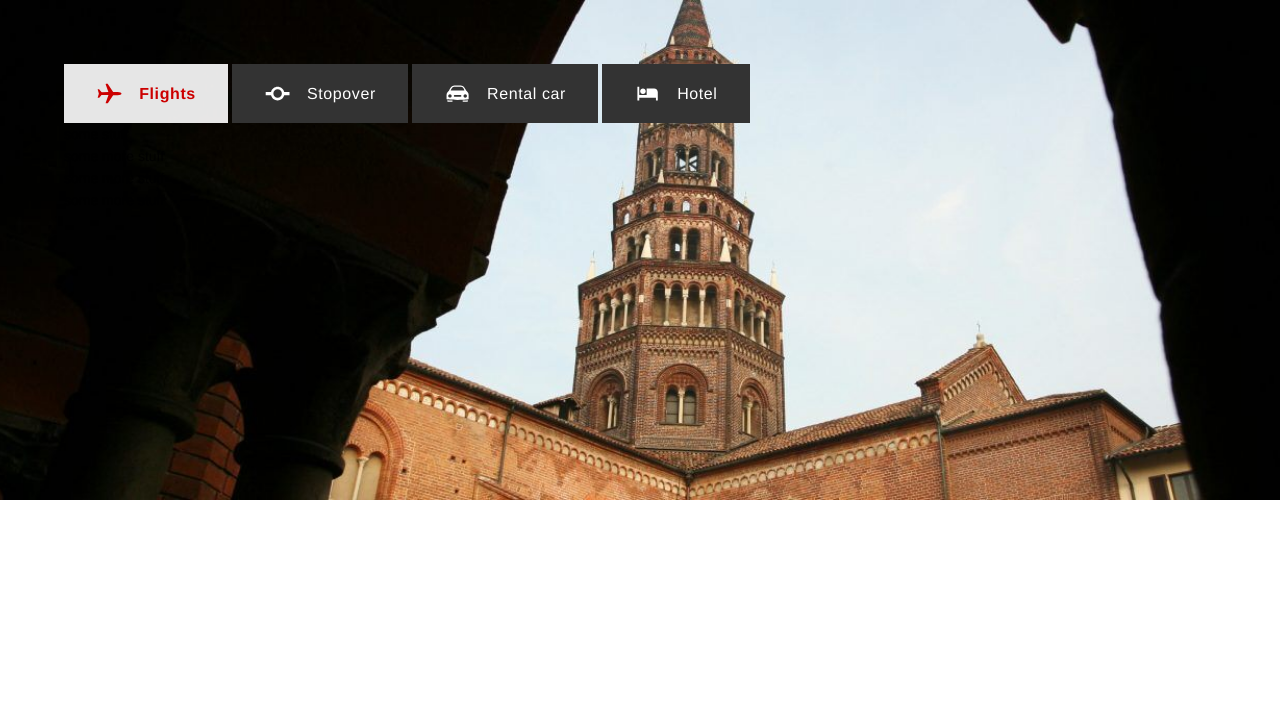
Repository: guidogr95/Everymundo-Excercise
Page: /
The author's editor kept a copy of each file at every save. The page is drawn from the files as they stood at one save, then again after the next save.
The browser window is 1280 px wide. The pictures show the whole page.
The project was rebuilt for these pictures with package versions that can differ from the ones it lists, and the page was loaded fresh each time.

Above is the page before, as saved 2021-06-30 21:38:31.

### src/App.jsx
import 'antd/dist/antd.css';
import './app.scss';
// components
import BookingMask from 'src/components/BookingMask'

function App() {
  return (
    <div className="App">
      <div className="flightmanager-container container" >
        <BookingMask />
      </div>
    </div>
  );
}

export default App;

### src/app.scss
@import 'styles/global';

.App {
  .container {
    width: $desktop-maxwidth;
    max-width: 100%;
  }
  .flightmanager-container {
    background: url('./assets/images/bg.jpg');
    background-size: cover;
    background-position: center;
    min-height: 500px;
    margin: auto;
    padding: 4rem;
  }
}

### src/components/BookingMask/index.jsx
import React, { useState } from 'react'
// styles
import './bookingmask.scss'
// assets
import { IoIosAirplane, IoMdGitCommit, IoIosCar, IoMdBed } from 'react-icons/io'
// components
import EmptyTab from './EmptyTab'
import FlightsTab from './FlightsTab'

const BookingMask = () => {
  const tabs = [
    {
      name: 'Flights',
      icon: <IoIosAirplane />,
      component: <FlightsTab />
    },
    {
      name: 'Stopover',
      icon: <IoMdGitCommit />,
      component: <EmptyTab />
    },
    {
      name: 'Rental car',
      icon: <IoIosCar />,
      component: <EmptyTab />
    },
    {
      name: 'Hotel',
      icon: <IoMdBed />,
      component: <EmptyTab />
    }
  ]

  const [activeTab, setActiveTab] = useState(tabs[0].name)
  const handleTab = name => setActiveTab(name)

  return (
    <section className="bookingmask" >
      <ul className="bookingmask__nav" >
        {tabs.map(tab =>
          <button
            className={activeTab === tab.name ? 'active' : ''}
            onClick={() => handleTab(tab.name)}
          >
            {tab.icon}<span>{tab.name}</span>
          </button>
        )}
      </ul>
      <div className="bookingmask__tabs-wrapper" >
          {tabs.map(tab =>
            <div className={`bookingmask__tab${activeTab === tab.name ? ' active' : ''}`} >
              {tab.component}
            </div>
          )}
      </div>
    </section>
  )
}

export default BookingMask

### src/styles/_global.scss
@import 'variables';
@import 'mixins';

html,
body {
  position: relative;
  padding: 0;
  margin: 0;
  font-family: $font-family;
  -webkit-text-size-adjust: 100%;
  -webkit-font-smoothing: auto;
  -moz-font-smoothing: auto;
  -moz-osx-font-smoothing: auto;
}
* {
  box-sizing: border-box;
}
ul {
  margin: 0;
  padding: 0;
}
button {
  border: none;
  cursor: pointer;
}

### src/styles/_variables.scss
// measurements
$desktop-maxwidth: 90rem;
// colors
$color-red: #c00;
$color-gray: #333333;
$color-white: #fff;
// fonts
// font-family
$font-family: SwissText,Helvetica,Arial,sans-serif,LufthansaMamSymbolText;
// font-weight
$font-weight-medium: 700;
$font-weight-small: 300;
// font-size
$font-size-normal: 1rem;
$font-size-large: 1.7rem;
// line height
$line-height-medium: 2.2rem;
// letter spacing
$letter-spacing-small: .6px;

// tab variables
$color-active-tab-bg: hsla(0,0%,100%,.9);

### src/styles/_mixins.scss
// MIXINS
@mixin breakpoint($point) {
  @media (max-width: $point) {
    @content;
  }
}

### src/components/BookingMask/bookingmask.scss
@import '/src/styles/variables';
.bookingmask {
  &__nav {
    list-style: none;
    button {
      &:not(:first-of-type) {
        margin-left: .25rem;
      }
      color: $color-white;
      background: $color-gray;
      padding: 1rem 2rem;
      display: inline-flex;
      align-items: center;
      font-size: $font-size-normal;
      font-weight: $font-weight-small;
      letter-spacing: $letter-spacing-small;
      &.active {
        color: $color-red;
        font-weight: $font-weight-medium;
        background-color: $color-active-tab-bg;
      }
      svg {
        margin-right: 1rem;
        font-size: $font-size-large;
      }
    }
  }
}

### src/components/BookingMask/EmptyTab/index.jsx
import React from 'react'

const EmptyTab = () => {
  return (
    <div>
      some more stuff
    </div>
  )
}

export default EmptyTab

### src/components/BookingMask/FlightsTab/index.jsx
import React from 'react'

const FlightsTab = ({ name, activeTab }) => {
  return (
    <div className={`bookingmask__tab${activeTab === name ? ' active' : ''}`} >
      some stuff
    </div>
  )
}

export default FlightsTab

Loaded but not shown: public/index.html (common file); src/index.jsx (common file); src/reportWebVitals.js (common file)

After the next save:
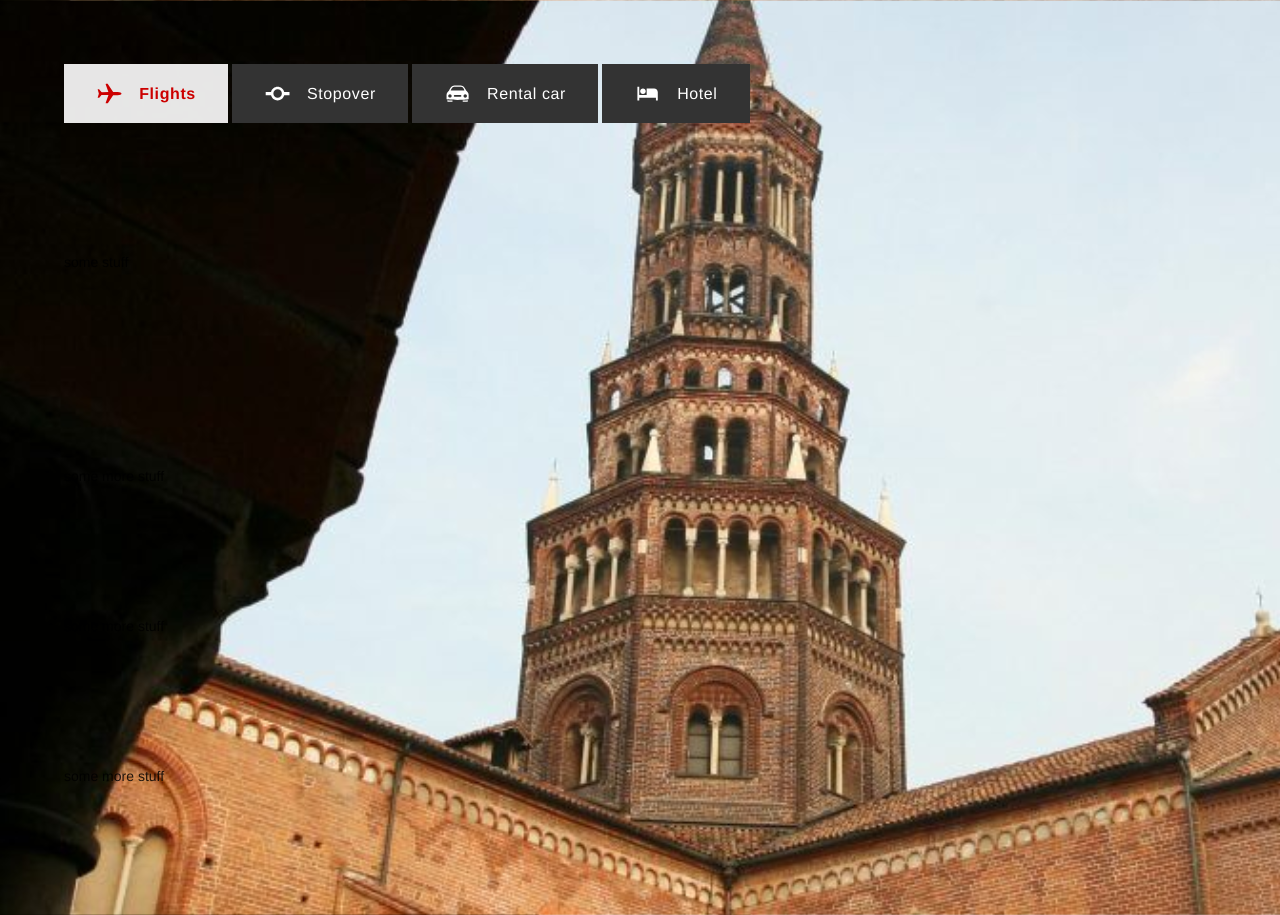
Saved 2 min 19 s later.
--- a/src/components/BookingMask/bookingmask.scss
+++ b/src/components/BookingMask/bookingmask.scss
@@ -25,4 +25,7 @@
       }
     }
   }
+  &__tab {
+    padding: 4rem 0;
+  }
 }

After the save that followed:
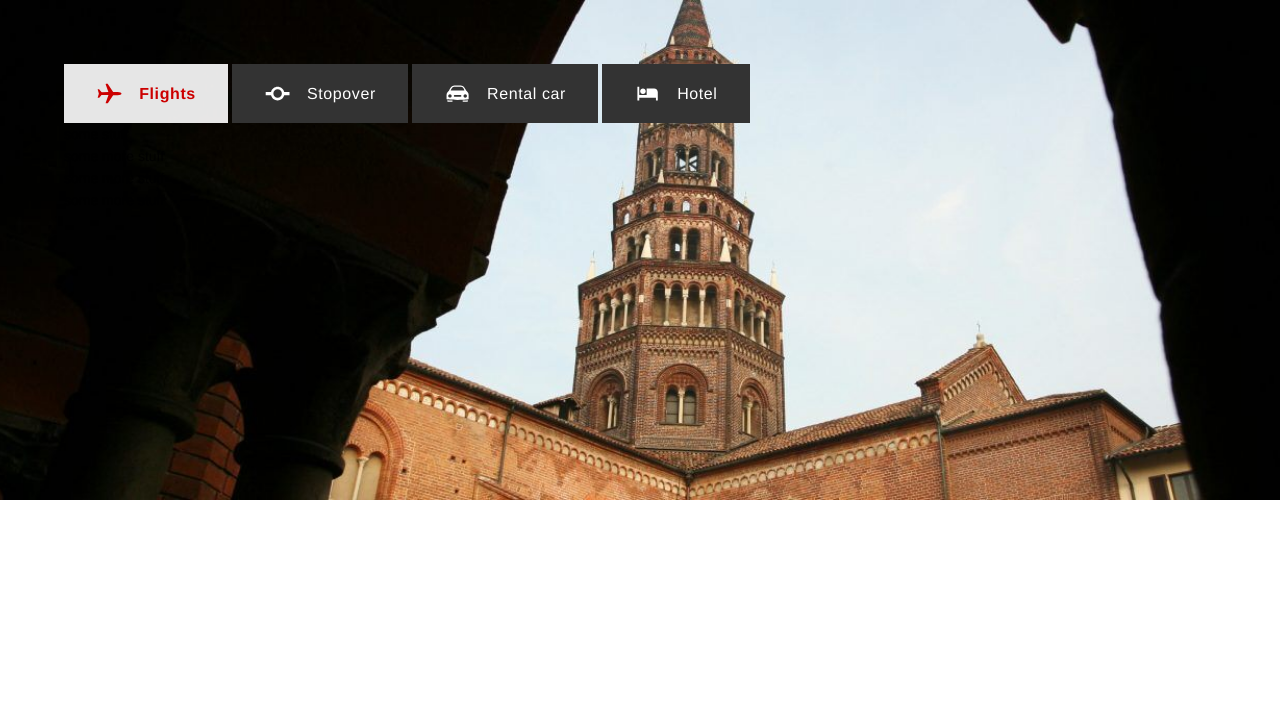
Saved 117 s later.
--- a/src/components/BookingMask/bookingmask.scss
+++ b/src/components/BookingMask/bookingmask.scss
@@ -25,7 +25,15 @@
       }
     }
   }
-  &__tab {
-    padding: 4rem 0;
+  &__tabs-wrapper {
+    position: relative;
+    &__tab {
+      position: absolute;
+      top: 0;
+      left: 0;
+      right: 0;
+      padding: 4rem 0;
+      background: $color-active-tab-bg;
+    }
   }
 }
